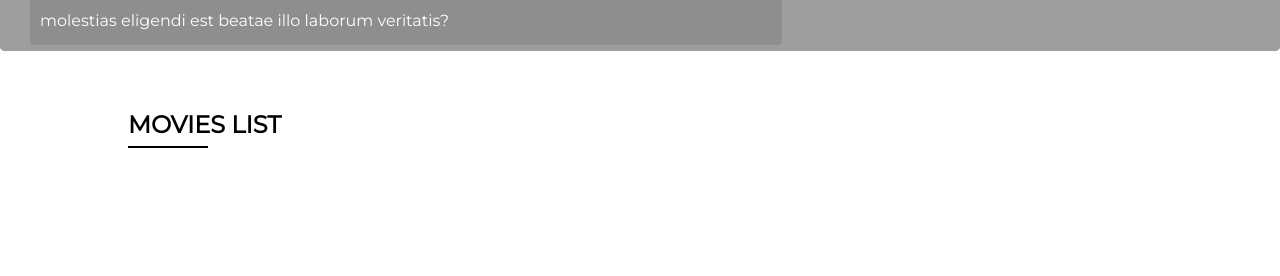
Repository: Ryuzuky07/expweb_movie
Page: HTML/movie1.html
The author's editor kept a copy of each file at every save. The page is drawn from the files as they stood at one save, then again after the next save.
The browser window is 1280 px wide. The pictures show the part of the page from y = 710 to 1662 px (the page is 986 px tall before and 1745 px after).
Pictures or frames that could not be fetched are drawn as grey boxes. Some web libraries are served in a nearby version.

Above is the page before, as saved 2021-11-26 11:50:24.
Console error: TypeError: Cannot read properties of undefined (reading 'style')

After the next save:
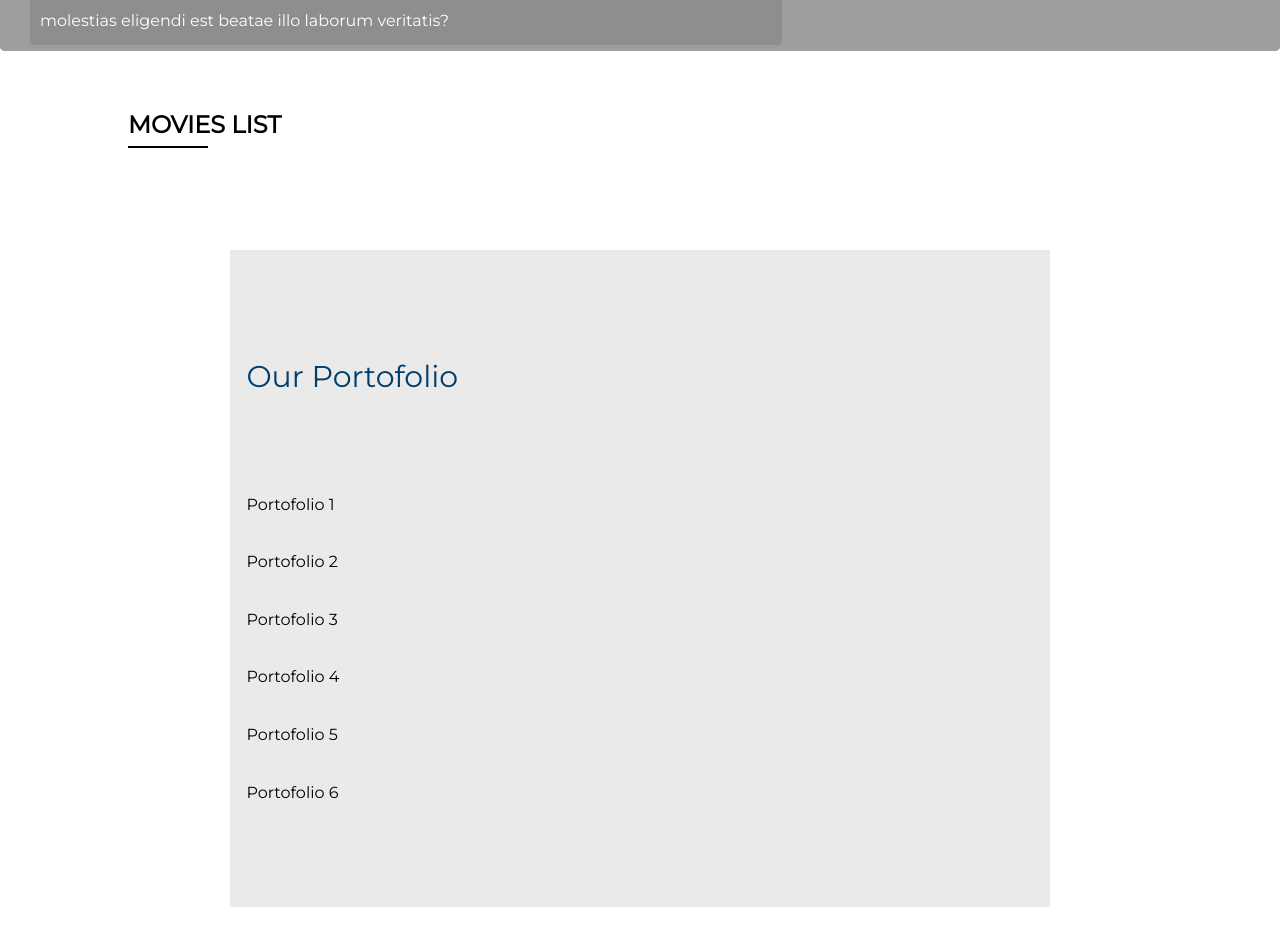
Not found: TempatFoto/yellow.jpg
Saved 21 s later.
--- a/HTML/movie1.html
+++ b/HTML/movie1.html
@@ -80,6 +80,23 @@
             <h2 class="movie">MOVIES LIST</h2>
             <div class="garis"></div>
 
+            <section >
+                <div class="container" id="about" style="padding: 100px 16px; background-color: #EAEAEA;">
+                <h1 class="exp-center" style="font-size: 30px; font-family: 'Montserrat', sans-serif; font-weight: 400; color: #003F6D;">Our Portofolio</h1>
+                <br> <br>
+
+
+                <div class="porto">
+                  <div class="folio"><img src="/TempatFoto/yellow.jpg" alt=""><p>Portofolio 1</p></div>
+                  <div class="folio"><img src="/TempatFoto/yellow.jpg" alt=""><p>Portofolio 2</p></div>
+                  <div class="folio"><img src="/TempatFoto/yellow.jpg" alt=""><p>Portofolio 3</p></div>
+                </div>
+                <div class="porto">
+                  <div class="folio"><img src="/TempatFoto/yellow.jpg" alt=""><p>Portofolio 4</p></div>
+                  <div class="folio"><img src="/TempatFoto/yellow.jpg" alt=""><p>Portofolio 5</p></div>
+                  <div class="folio"><img src="/TempatFoto/yellow.jpg" alt=""><p>Portofolio 6</p></div>
+                </div>
+              </section>
         </div>
 
 
